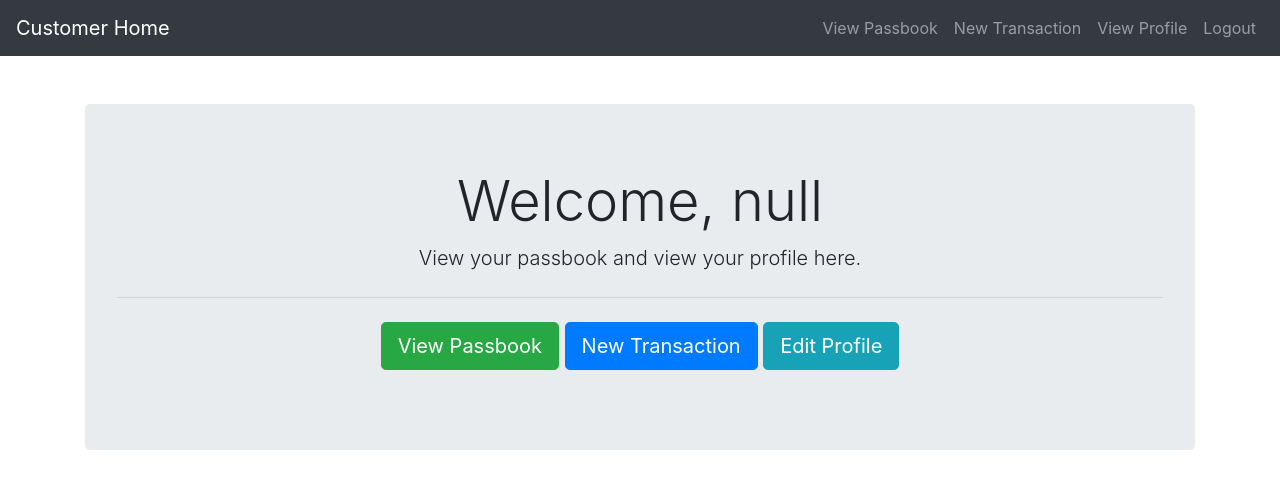
Repository: bhatideepak599/JspServlets
Page: http://localhost/11-bank-application/customer-home.jsp
An editor plug-in stored every save of this project. The page is shown before and after the next save, followed by the edit.
The browser window is 1280 px wide. The pictures show the whole page.
Some web libraries are served in a nearby version. The page is served by Tomcat 9. Other server files are loaded and not shown.

Above is the page before, as saved 2024-07-22 11:27:19.

### 11-bank-application/WebContent/customer-home.jsp
<%@ page language="java" contentType="text/html; charset=UTF-8"
    pageEncoding="UTF-8"%>

<!DOCTYPE html>
<html>
<head>
<meta charset="UTF-8">
<title>Customer Home</title>
<!-- Bootstrap CSS -->
<link
	href="https://stackpath.bootstrapcdn.com/bootstrap/4.5.2/css/bootstrap.min.css"
	rel="stylesheet">
</head>
<body>
	<%
		String user_name = request.getParameter("user_name");
		//String first_name = request.getParameter("first_name");
	%>
	<nav class="navbar navbar-expand-lg navbar-dark bg-dark">
		<a class="navbar-brand" href="#">Customer Home</a>
		<div class="collapse navbar-collapse">
			<ul class="navbar-nav ml-auto">
				<li class="nav-item">
					<a class="nav-link" href="CustomerController?action=listPassbook&user_name=<%= user_name %>">View Passbook</a>
				</li>
				<li class="nav-item">
					<a class="nav-link" href="CustomerController?action=newTransaction&user_name=<%= user_name %>">New Transaction</a>
				</li>
				<li class="nav-item">
					<a class="nav-link" href="CustomerController?action=updateCustomer&user_name=<%= user_name %>">View Profile</a>
				</li>
				<li class="nav-item"><a class="nav-link" href="LogoutServlet">Logout</a></li>
			</ul>
		</div>
	</nav>
	<div class="container mt-5">
		<div class="row">
			<div class="col-md-12">
				<div class="jumbotron text-center">
					<h1 class="display-4">Welcome, <%= user_name %></h1>
					<p class="lead">View your passbook and view your profile here.</p>
					<hr class="my-4">
					<p class="lead">
						<a class="btn btn-success btn-lg" href="CustomerController?action=listPassbook&user_name=<%= user_name %>" role="button">
							View Passbook
						</a>
						<a class="btn btn-primary btn-lg" href="CustomerController?action=newTransaction&user_name=<%= user_name %>" role="button">
							New Transaction
						</a>
						<a class="btn btn-info btn-lg" href="CustomerController?action=updateCustomer&user_name=<%= user_name %>" role="button">
							Edit Profile
						</a>
					</p>
				</div>
			</div>
		</div>
	</div>
	<!-- Bootstrap JS and dependencies -->
	<script src="https://code.jquery.com/jquery-3.5.1.slim.min.js"></script>
	<script
		src="https://cdn.jsdelivr.net/npm/@popperjs/core@2.5.4/dist/umd/popper.min.js"></script>
	<script
		src="https://stackpath.bootstrapcdn.com/bootstrap/4.5.2/js/bootstrap.min.js"></script>
</body>
</html>

After the next save:
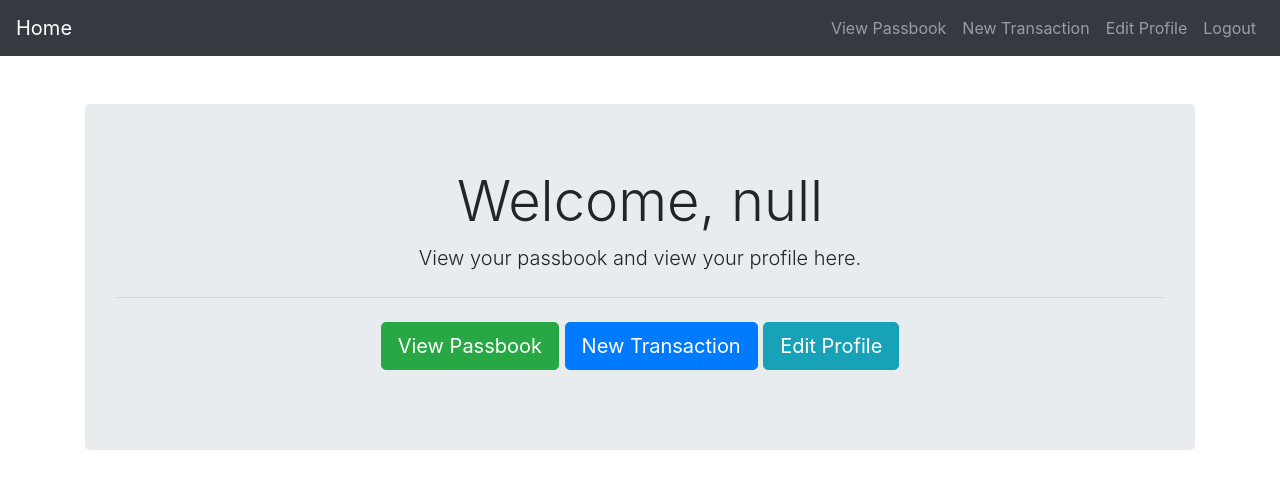
Saved 49 s later.
--- a/11-bank-application/WebContent/customer-home.jsp
+++ b/11-bank-application/WebContent/customer-home.jsp
@@ -5,61 +5,60 @@
 <html>
 <head>
 <meta charset="UTF-8">
-<title>Customer Home</title>
+<title>Home</title>
 <!-- Bootstrap CSS -->
 <link
-	href="https://stackpath.bootstrapcdn.com/bootstrap/4.5.2/css/bootstrap.min.css"
-	rel="stylesheet">
+  href="https://stackpath.bootstrapcdn.com/bootstrap/4.5.2/css/bootstrap.min.css"
+  rel="stylesheet">
 </head>
 <body>
-	<%
-		String user_name = request.getParameter("user_name");
-		//String first_name = request.getParameter("first_name");
-	%>
-	<nav class="navbar navbar-expand-lg navbar-dark bg-dark">
-		<a class="navbar-brand" href="#">Customer Home</a>
-		<div class="collapse navbar-collapse">
-			<ul class="navbar-nav ml-auto">
-				<li class="nav-item">
-					<a class="nav-link" href="CustomerController?action=listPassbook&user_name=<%= user_name %>">View Passbook</a>
-				</li>
-				<li class="nav-item">
-					<a class="nav-link" href="CustomerController?action=newTransaction&user_name=<%= user_name %>">New Transaction</a>
-				</li>
-				<li class="nav-item">
-					<a class="nav-link" href="CustomerController?action=updateCustomer&user_name=<%= user_name %>">View Profile</a>
-				</li>
-				<li class="nav-item"><a class="nav-link" href="LogoutServlet">Logout</a></li>
-			</ul>
-		</div>
-	</nav>
-	<div class="container mt-5">
-		<div class="row">
-			<div class="col-md-12">
-				<div class="jumbotron text-center">
-					<h1 class="display-4">Welcome, <%= user_name %></h1>
-					<p class="lead">View your passbook and view your profile here.</p>
-					<hr class="my-4">
-					<p class="lead">
-						<a class="btn btn-success btn-lg" href="CustomerController?action=listPassbook&user_name=<%= user_name %>" role="button">
-							View Passbook
-						</a>
-						<a class="btn btn-primary btn-lg" href="CustomerController?action=newTransaction&user_name=<%= user_name %>" role="button">
-							New Transaction
-						</a>
-						<a class="btn btn-info btn-lg" href="CustomerController?action=updateCustomer&user_name=<%= user_name %>" role="button">
-							Edit Profile
-						</a>
-					</p>
-				</div>
-			</div>
-		</div>
-	</div>
-	<!-- Bootstrap JS and dependencies -->
-	<script src="https://code.jquery.com/jquery-3.5.1.slim.min.js"></script>
-	<script
-		src="https://cdn.jsdelivr.net/npm/@popperjs/core@2.5.4/dist/umd/popper.min.js"></script>
-	<script
-		src="https://stackpath.bootstrapcdn.com/bootstrap/4.5.2/js/bootstrap.min.js"></script>
+  <%
+     String user_name = (String) session.getAttribute("user_name");
+  %>
+  <nav class="navbar navbar-expand-lg navbar-dark bg-dark">
+    <a class="navbar-brand" href="#">Home</a>
+    <div class="collapse navbar-collapse">
+      <ul class="navbar-nav ml-auto">
+        <li class="nav-item">
+          <a class="nav-link" href="CustomerController?action=listPassbook&user_name=<%= user_name %>">View Passbook</a>
+        </li>
+        <li class="nav-item">
+          <a class="nav-link" href="CustomerController?action=newTransaction&user_name=<%= user_name %>">New Transaction</a>
+        </li>
+        <li class="nav-item">
+          <a class="nav-link" href="CustomerController?action=updateCustomer&user_name=<%= user_name %>">Edit Profile</a>
+        </li>
+        <li class="nav-item"><a class="nav-link" href="LogoutServlet">Logout</a></li>
+      </ul>
+    </div>
+  </nav>
+  <div class="container mt-5">
+    <div class="row">
+      <div class="col-md-12">
+        <div class="jumbotron text-center">
+          <h1 class="display-4">Welcome, <%= user_name %></h1>
+          <p class="lead">View your passbook and view your profile here.</p>
+          <hr class="my-4">
+          <p class="lead">
+            <a class="btn btn-success btn-lg" href="CustomerController?action=listPassbook&user_name=<%= user_name %>" role="button">
+              View Passbook
+            </a>
+            <a class="btn btn-primary btn-lg" href="CustomerController?action=newTransaction&user_name=<%= user_name %>" role="button">
+              New Transaction
+            </a>
+            <a class="btn btn-info btn-lg" href="CustomerController?action=updateCustomer&user_name=<%= user_name %>" role="button">
+              Edit Profile
+            </a>
+          </p>
+        </div>
+      </div>
+    </div>
+  </div>
+  <!-- Bootstrap JS and dependencies -->
+  <script src="https://code.jquery.com/jquery-3.5.1.slim.min.js"></script>
+  <script
+    src="https://cdn.jsdelivr.net/npm/@popperjs/core@2.5.4/dist/umd/popper.min.js"></script>
+  <script
+    src="https://stackpath.bootstrapcdn.com/bootstrap/4.5.2/js/bootstrap.min.js"></script>
 </body>
 </html>
